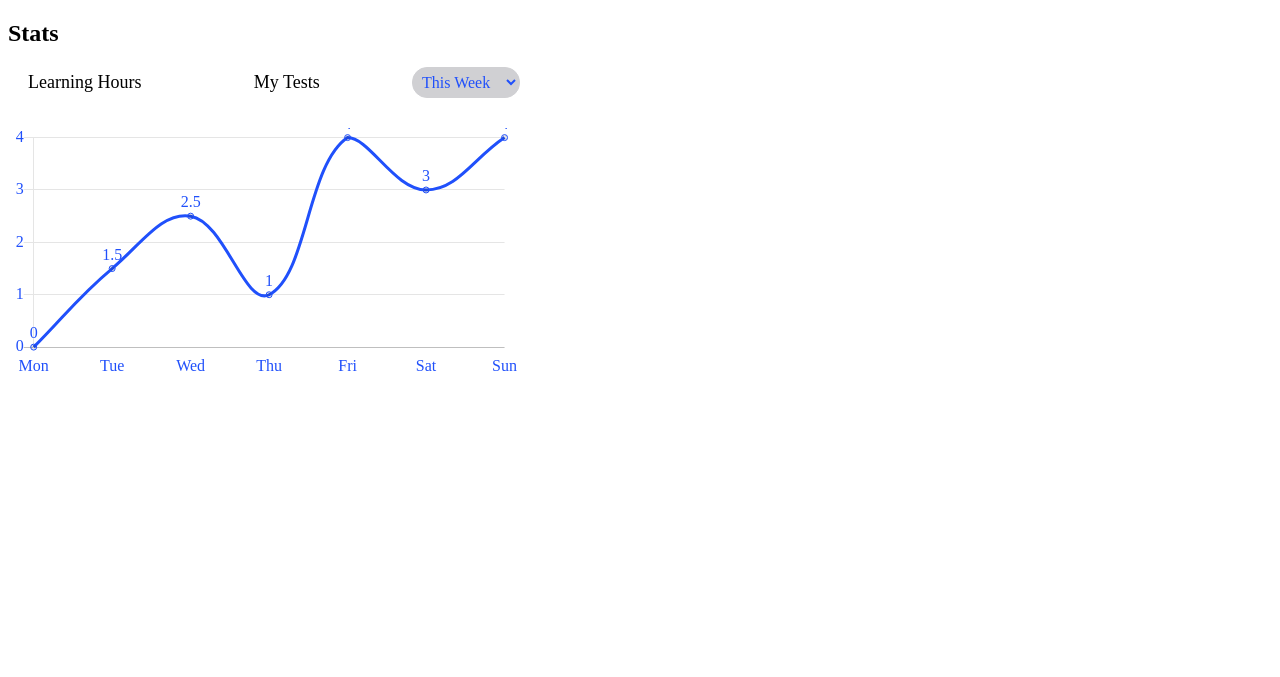
Repository: rafalzacher1/smartify-interface
Page: graphs/learning_graph.html
An editor plug-in stored every save of this project. The page is shown before and after a run of saves, followed by the edit.
The browser window is 1280 px wide. The pictures show the whole page.
Some web fonts or font styles are not loaded; a fallback is used. Some web libraries are served in a nearby version.

Above is the page before, as saved 2022-06-30 01:07:00.
Console error: SyntaxError: Unexpected token 'var'

After the next 2 saves:
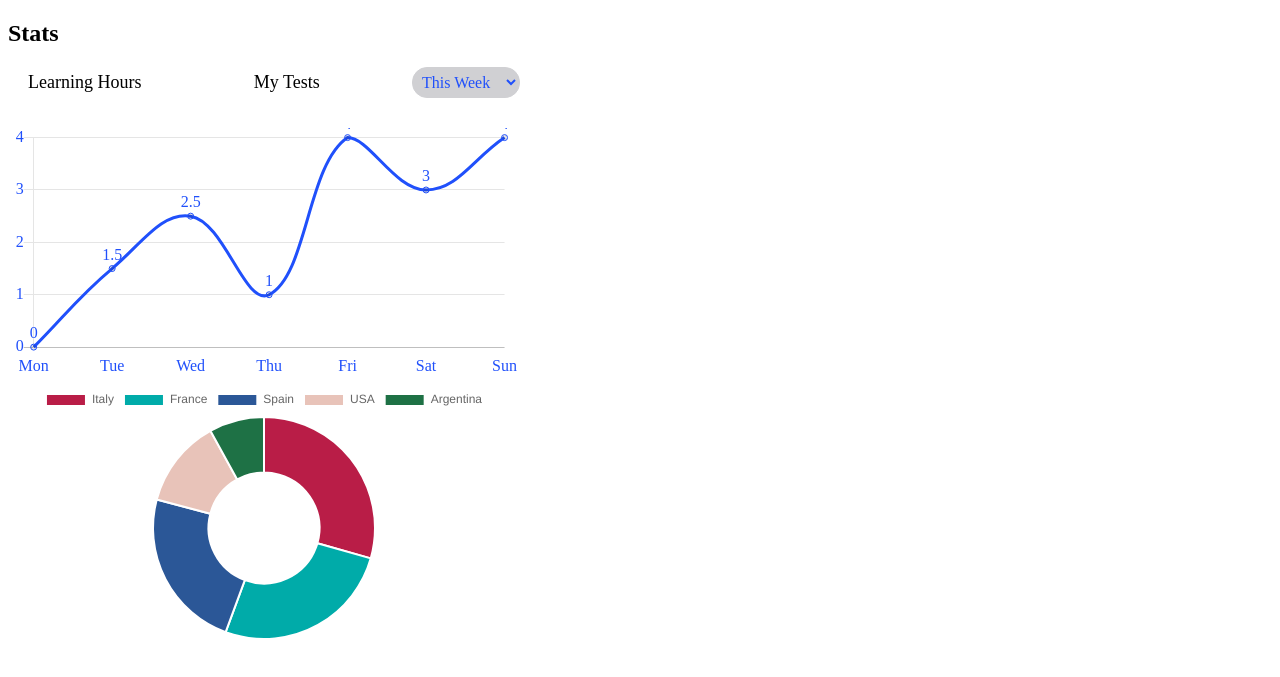
The error is gone.
The 2 saves are shown as one change because they came seconds apart.
The last was saved 7 s later.
--- a/graphs/scripts/tests.js
+++ b/graphs/scripts/tests.js
@@ -31,7 +31,9 @@ var testsData = {
   ],
 };
 
-var
+var testsOption = {
+
+};
 
 var ctx = document.getElementById("tests").getContext("2d");
 var LearningHoursChar = new Chart(ctx, {
